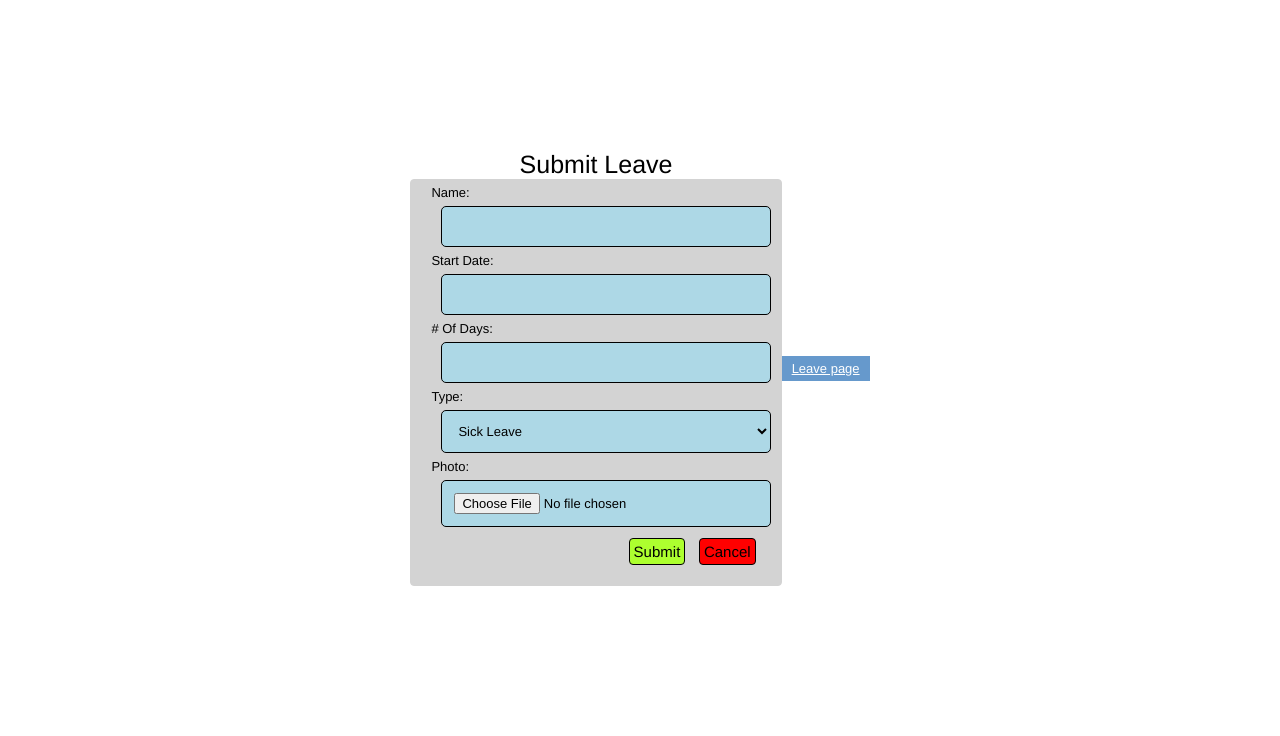
Repository: Murad71/BasicCRUD
Page: index.html
These files come from the project's save history. The page is drawn as it stood at one moment and after the next save; the edit follows.
The browser window is 1280 px wide. The pictures show the whole page.

Above is the page before, as saved 2023-04-18 20:28:48.

### index.html
<!DOCTYPE html>
<html lang="en">
  <head>
    <meta charset="UTF-8" />
    <meta http-equiv="X-UA-Compatible" content="IE=edge" />
    <meta name="viewport" content="width=device-width, initial-scale=1.0" />
    <link rel="stylesheet" href="index.css" />
    <title>Leave Request</title>
  </head>
  <body>
    <div class="flex1">
      <form id="form1">
        <header>Submit Leave</header>
        <div class="container">
          <label for="name">Name:</label>
          <input type="text" id="name" name="name" />
          <br />
          <label for="startdate">Start Date:</label>
          <input type="text" id="startdate" name="startdate" />
          <br />
          <label for="days"># Of Days:</label>
          <input type="text" id="days" name="days" />
          <br />
          <label for="leaves">Type:</label>
          <select id="leave" name="leaves" required>
            <option value="Sick leave">Sick Leave</option>
            <option value="Early leave">Early Leave</option>
            <option value="Vacation leave">Vacation Leave</option>
            <option value="Other">Other</option>
          </select>
          <br />
          <label for="photo">Photo:</label>
          <input type="file" id="photo" name="photo"/>
          <div class="button-container">
            <input type="submit" value="Submit" id="submitButton"/>
            <input type="reset" value="Cancel" class="cancel" />
          </div>
        </div>
      </form>
      <div class="anchorContainer">
        <a href="index1.html"> Leave page</a>
        <!--Added the hyperlink here-->
      </div>
    </div>
    <script src="script.js"></script>
  </body>
</html>

### index.css
* {
  box-sizing: border-box;
  font-family: "Franklin Gothic Medium", "Arial Narrow", Arial, sans-serif;
  font-size: small;
}

.flex1
{
  align-items: center;
  display: flex;
  justify-content: center;
  height: 100vh;
}

.container {
  background-color: lightgray;
  padding: 5px 20px 15px 20px;
  border: 1px solid lightgray;
  border-radius: 4px;
  flex-direction: column;
  margin: 0 auto;
  width: 100%;
}

header {
  font-size: 25px;
  text-align: center;
}

input[type="text"],
input[type="file"],
select,
textarea {
  width: 100%;
  padding: 12px;
  margin: 6px;
  border: 1px solid;
  border-radius: 5px;
  margin-left: 10px;
  background-color: lightblue;
}

.button-container {
  text-align: right;
}

input[type="submit"],
input[type="reset"] {
  font-size: 15px;
  border: 1px solid;
  margin: 5px;
  padding: 4px;
  background-color: greenyellow;
  border-radius: 4px;
}

input[type="reset"].cancel {
  background-color: red;
}

.anchorContainer {
  text-align: right;
}

a {
  display: inline-block;
  background: #69c;
  color: #fff;
  padding: 5px 10px;
}

### script.js
let storage=JSON.parse(localStorage.getItem('store')) || [];
let index=JSON.parse(localStorage.getItem('rIndex')) || null;
const submitButtonCatch=document.getElementById("submitButton");
const img= new Image();

//after clicking the submit button
submitButtonCatch.addEventListener("click",() =>{
    const form=document.getElementById("form1");
    let object={};
    let flag=true;

    object["id"]= Date.now();
    for(let i=0;i<form.length;i++)
    {
        if(form.elements[i].name=="photo")
        {
            object[form.elements[i].name]= img.src;
        }
        else
        {
            object[form.elements[i].name]=form.elements[i].value;
        }
        if(form.elements[i].value=='')
        {
            flag=false;
            alert("WARNING: Fill all the given Input correctly.");
            break;
        }
        if(form.elements[i].name=="days" && (form.elements[i].value>7 || form.elements[i].value<1))
        {
            flag=false;
            alert("WARNING: Enter a valid number for vacation");
            break;
        }
    }

    if(flag)
    {
        alert("Your data has been submitted Successfully!!");
        if(index!=null)
        {
            storage[index]=object;
            index=null;
        }
        else storage.push(object);


        localStorage.setItem('store',JSON.stringify(storage));
        localStorage.setItem('rIndex',JSON.stringify(index));
        form.reset();
    }
});


//base64 conversion
const fileEl= document.getElementById('photo');
fileEl.addEventListener('change', () =>{

    const fr= new FileReader();
    fr.readAsDataURL(fileEl.files[0]);

    fr.addEventListener('load', ()=>{

        const url= fr.result;
        img.src= url;

    });

});


console.log(storage);



// let submitButtonClicked=document.getElementById("submitButton");
// let indx=0;
// let flag= true;
// let obj={};

// submitButtonClicked.addEventListener('click',() =>{

//     const form= document.getElementById('form1');
//     obj["id"]= indx;
//     indx++;
//     for(let i=0; i<form.length; i++)
//     {
//         obj[form.elements[i].name]=form.elements[i].value;
//         if(form.elements[i].value=='')
//         {
//             flag=false;
//             alert("WARNING: Fill all the given Input correctly.");
//             break;
//         }
//         if(form.elements[i].name=="days" && (form.elements[i].value>7 || form.elements[i].value<1))
//         {
//             flag=false;
//             alert("WARNING: Enter a valid number for vacation");
//             break;
//         }
//     }

//     if(flag)
//     {
//         alert("Data entered successfully!");
//         insertData();
//     }

// });


// function intertData()
// {
//     const table = document.getElementsByClassName("tbody1")[0];
//           var row=document.createElement('tr');
//            row.innerHTML = `<td>${obj.name}</td>
//                 <td>${obj.startdate}</td>
//                 <td>${obj.days}</td>
//                 <td>${obj.leaves}</td>
//                 <td><img id="img" src=${obj.photo} alt=""></td>
//                 <td><a href="index.html" id="edit">Edit</a> <input type='button' value= 'Reject' name=${obj.id} id="reject"/></td>`;
//             table.appendChild(row);
// }

After the next save:
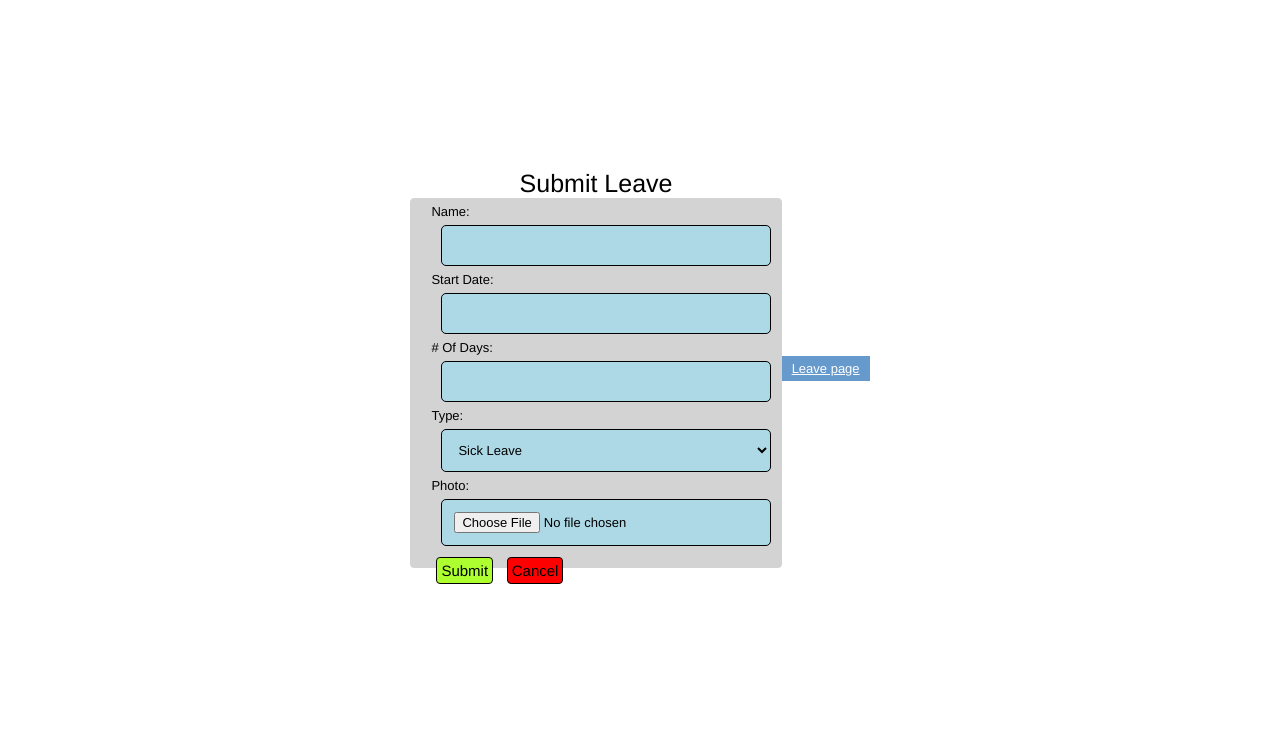
Saved 61 s later.
--- a/index.css
+++ b/index.css
@@ -41,7 +41,7 @@
 }
 
 .button-container {
-  text-align: right;
+  position: absolute;
 }
 
 input[type="submit"],

After the save that followed:
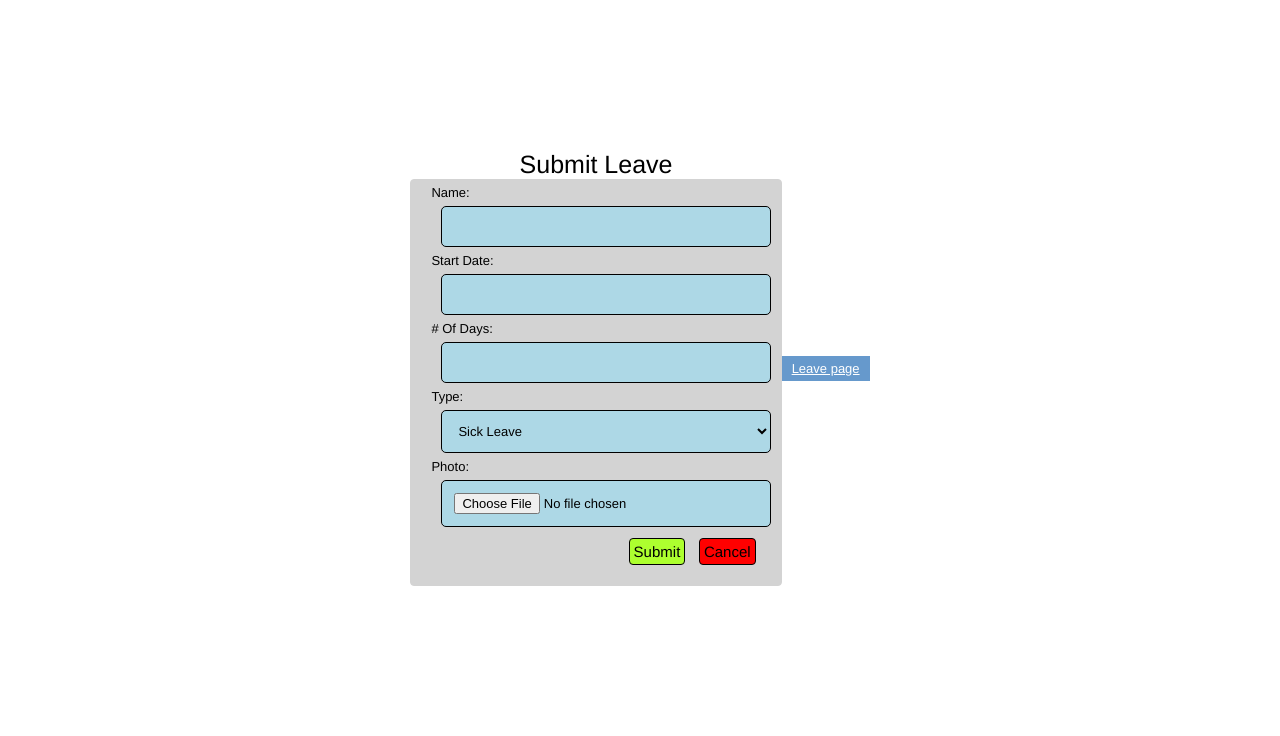
Saved 17 s later.
--- a/index.css
+++ b/index.css
@@ -17,6 +17,7 @@
   padding: 5px 20px 15px 20px;
   border: 1px solid lightgray;
   border-radius: 4px;
+
   flex-direction: column;
   margin: 0 auto;
   width: 100%;
@@ -41,7 +42,7 @@
 }
 
 .button-container {
-  position: absolute;
+  text-align: right;
 }
 
 input[type="submit"],
